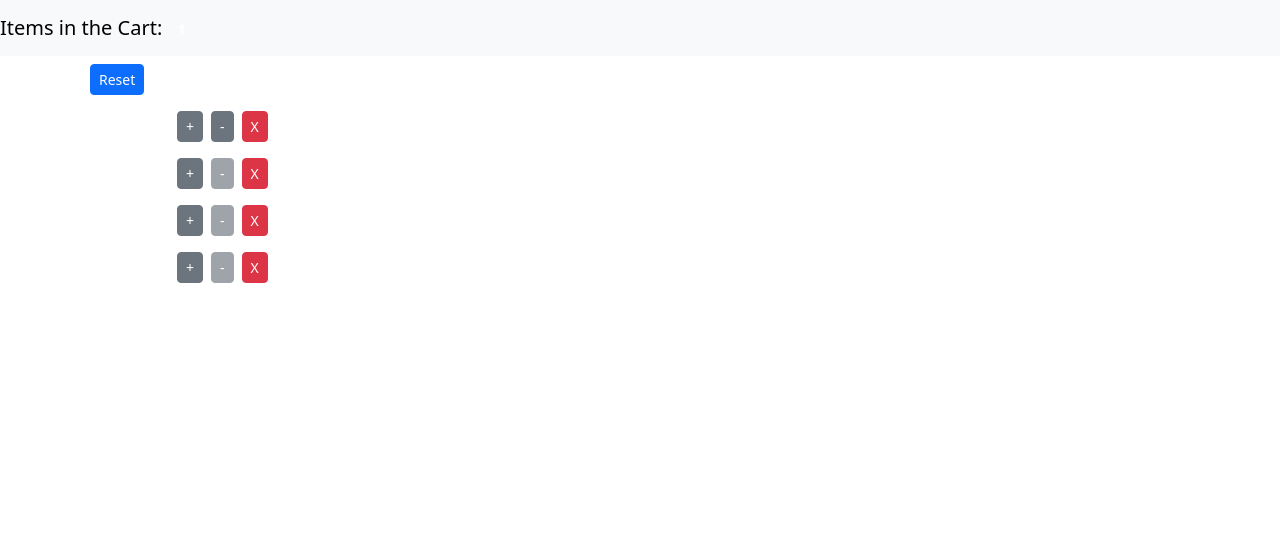
Repository: Edes2128/MovieTable-pagination-filter-sorting-in-React
Page: /
The author's editor kept a copy of each file at every save. The page is drawn from the files as they stood at one save, then again after the next save.
The browser window is 1280 px wide. The pictures show the whole page.
The project was rebuilt for these pictures with package versions that can differ from the ones it lists, and the page was loaded fresh each time. Also part of the build but not shown: src/App.css.

Above is the page before, as saved 2020-06-16 11:28:22.

After the next save:
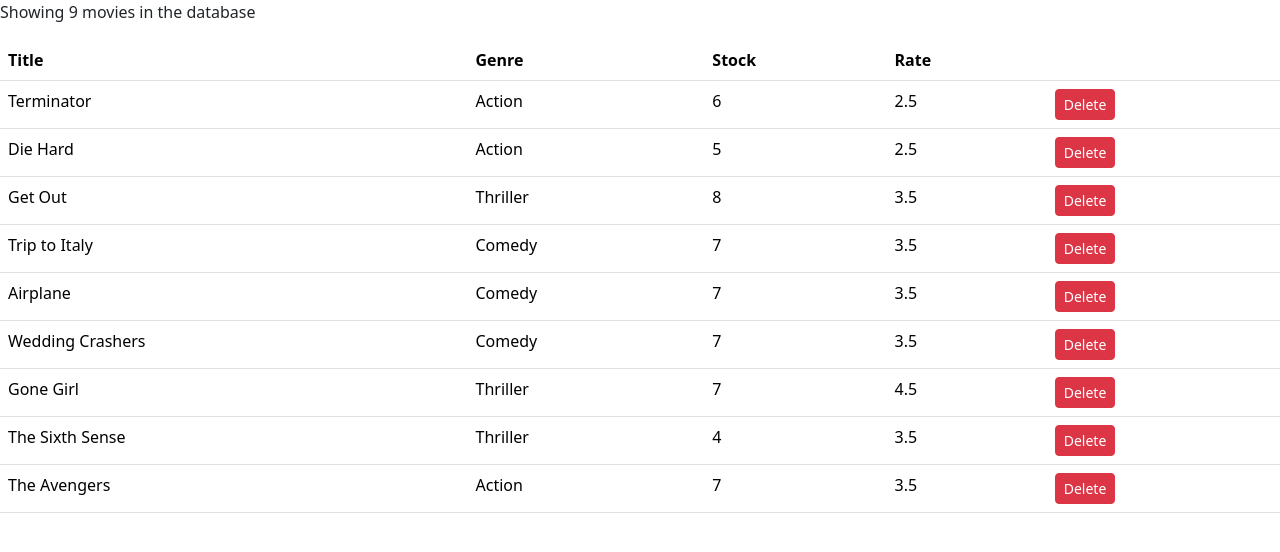
Saved 5 s later.
--- a/src/index.js
+++ b/src/index.js
@@ -8,7 +8,7 @@ import Movies from './components/movies'
 
 ReactDOM.render(
   <React.StrictMode>
-    <App />
+    <Movies />
   </React.StrictMode>,
   document.getElementById('root')
 );
